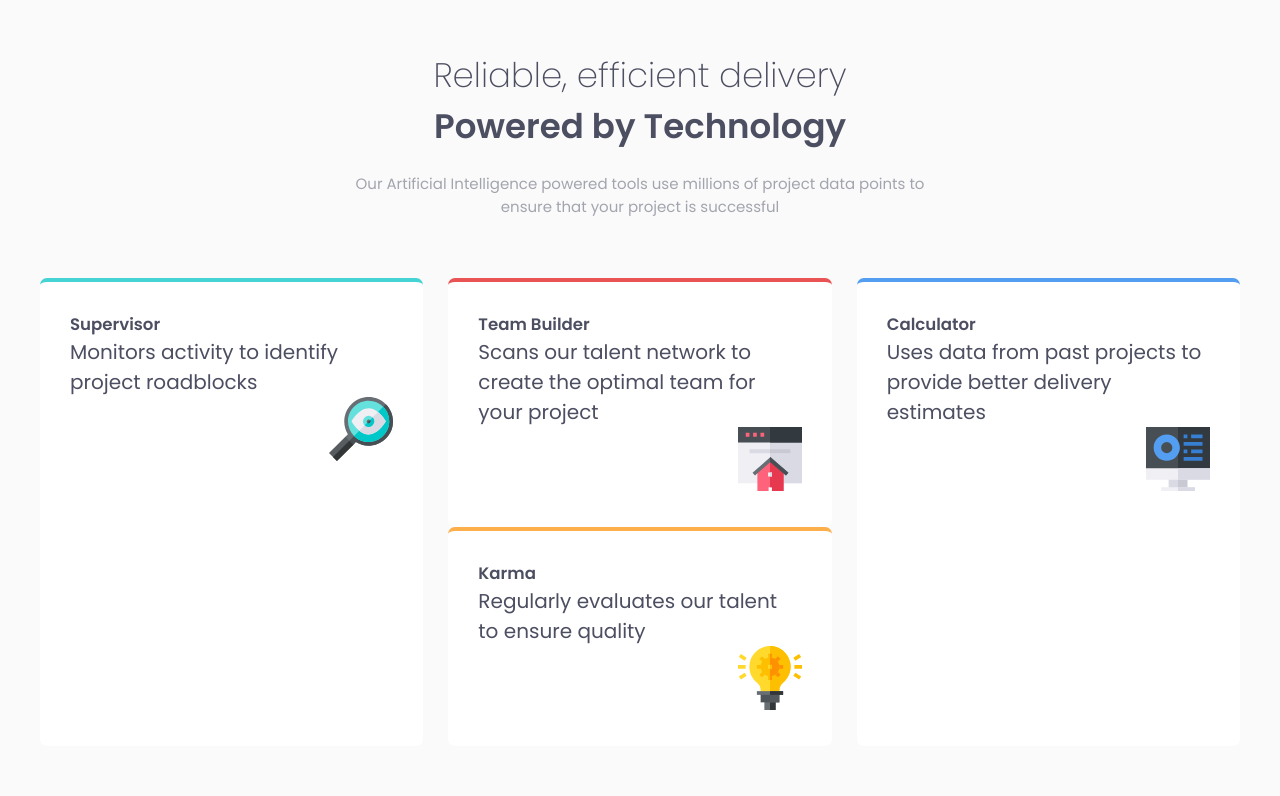
Repository: superZXMzzl/FrontendMentor
Page: four-card-feature-section-master/index.html
The author's editor kept a copy of each file at every save. The page is drawn from the files as they stood at one save, then again after the next save.
The browser window is 1280 px wide. The pictures show the whole page.

Above is the page before, as saved 2022-05-10 18:48:10.

After the next save:
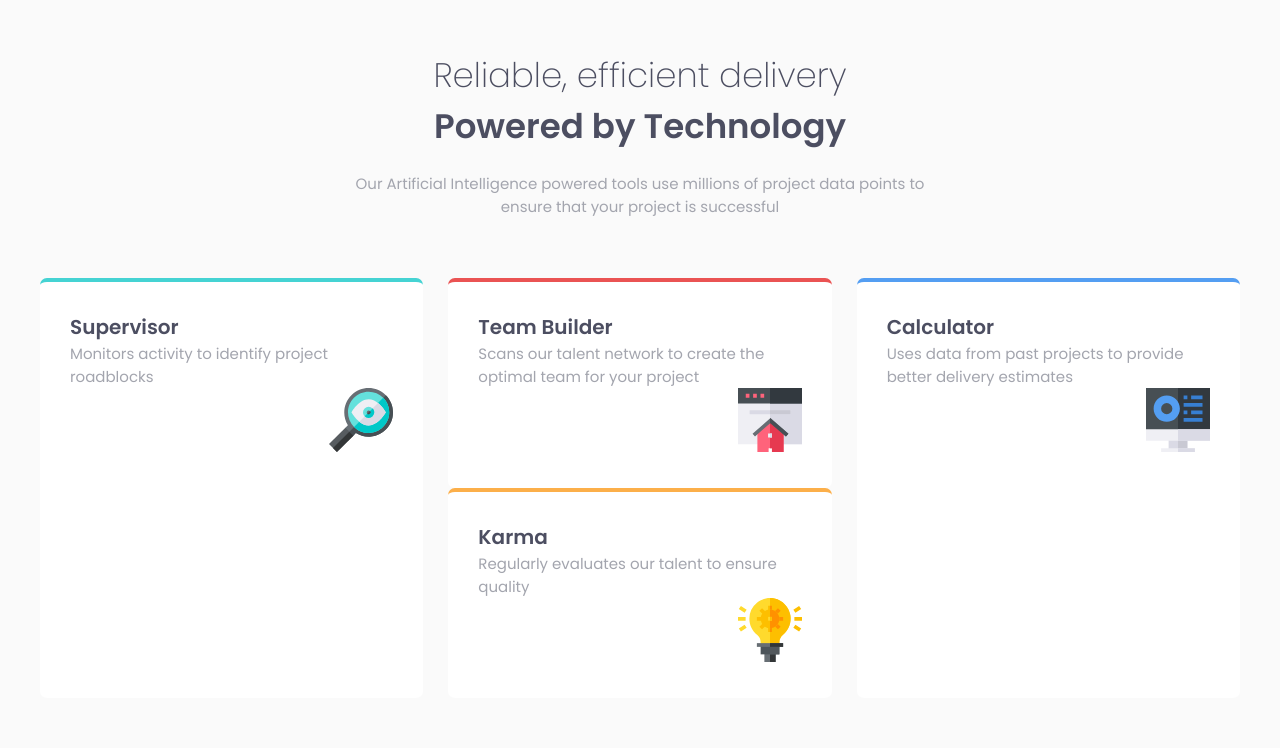
Saved 20 s later.
--- a/four-card-feature-section-master/style.css
+++ b/four-card-feature-section-master/style.css
@@ -75,7 +75,7 @@ body {
     border-top: 4px solid hsl(212, 86%, 64%);
 }
 
-.boxText {
+.boxText h5{
     font-size: 20px;
     color: hsl(234, 12%, 34%);
 }
